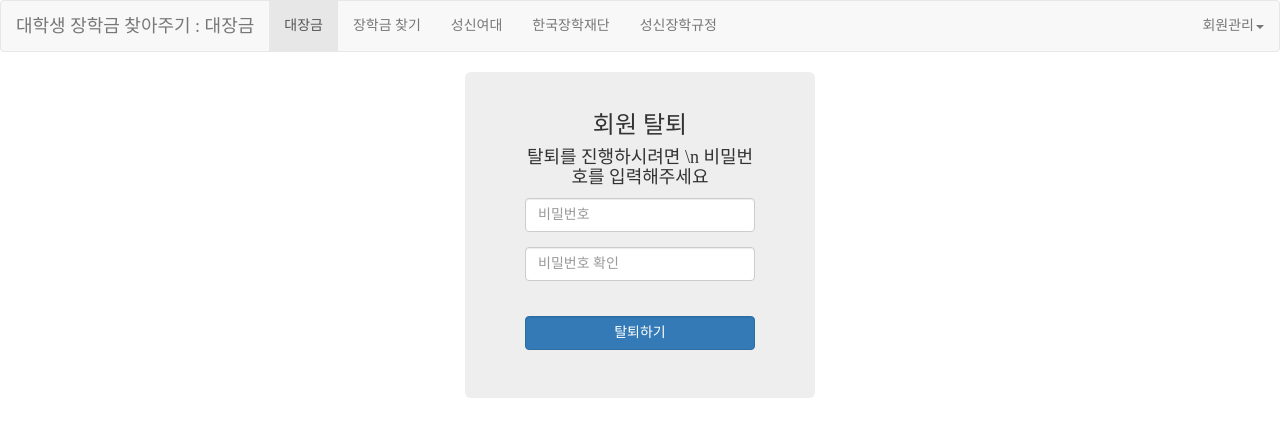
Repository: jiwon-214/DJG
Page: http://localhost/DJG/withdraw.jsp
These files come from the project's save history. The page is drawn as it stood at one moment and after the next save; the edit follows.
The browser window is 1280 px wide. The pictures show the whole page.
Some web fonts or font styles are not loaded; a fallback is used. Some web libraries are served in a nearby version. The page is served by Tomcat 9. Other server files are loaded and not shown. Queries for data that is not in the repository find no rows.

Above is the page before, as saved 2022-01-10 21:18:02.

### DJG/WebContent/withdraw.jsp
<%@page import="user.UserDAO"%>
<%@page import="user.User"%>
<%@ page language="java" contentType="text/html; charset=UTF-8"
    pageEncoding="UTF-8"%>
<%@ page import="java.io.PrintWriter" %>
<%@ page import="java.sql.*" %>
<!DOCTYPE html>
<html>
<head>
<meta charset="UTF-8">
<meta name = "viewport" content = "width=divice-width", initial-scale = "1">
<link rel = "stylesheet" href = "css/bootstrap.css">
<link rel = "stylesheet" href = "css/custom.css">
<title>대장금</title>
</head>
<body>
	<%
		//로그인 된 사람 정보 담을 수 있도록
		String userID = null;
		if (session.getAttribute("userID") != null) {
			userID = (String) session.getAttribute("userID");
		} //로그인되면 userID에 해당 이이디가 담기고 로그인 안되면 null
	%>
	<nav class ="navbar navbar-default">
		<div class = "navbar-header">
			<button type = "button" class = "navbar-toggle collapsed"
				data-toggle = "collapse" data-target = "#bs-example-navbar-collapse-1"
				aria-expanded="false">
				<span class = "icon-bar"></span>
				<span class = "icon-bar"></span>
				<span class = "icon-bar"></span>
			</button>
			<a class="navbar-brand" href = "main.jsp">대학생 장학금 찾아주기 : 대장금</a>
		</div>
		<div class="collapse navbar-collapse" id="bs-example-navbar-collapse-1">
			<ul class = "nav navbar-nav">
				<li class="active"><a href="main.jsp">대장금</a></li>
				<li><a href="djg.jsp">장학금 찾기</a></li>
				<li><a href="https://portal.sungshin.ac.kr/sso/login.jsp">성신여대</a></li>
				<li><a href="http://www.kosaf.go.kr/">한국장학재단</a></li>
				<li><a href="https://rule.sungshin.ac.kr/service/law/lawView.do?seq=95&historySeq=0&gubun=cur&tree=part">성신장학규정</a></li>
			</ul>
			<ul class="nav navbar-nav navbar-right">
			<li class="dropdown">
				<a href="#" class="dropdown-toggle"
					data-toggle="dropdown" role="button" aria-haspopup="true"
					aria-expanded="false">회원관리<span class="caret"></span></a>
				<ul class="dropdown-menu">
					<li><a href = "info.jsp">정보 확인</a></li>
					<li><a href = "modification.jsp">정보 수정</a></li>
					<li><a href = "logoutAction.jsp">로그아웃 </a></li>
				</ul>
			</li>
			</ul>
		</div>
	</nav>
	<div class="container">
      <div class="col-lg-4"></div>
      <div class="col-lg-4">
         <div class="jumbotron" style="padding-top:20px;">
            <form method="post" action="withdrawAction.jsp">
				<h3 style = "text-align:center;">회원 탈퇴</h3>
				<h4 style = "text-align:center;">탈퇴를 진행하시려면 \n 비밀번호를 입력해주세요</h3>
				<%
				UserDAO userDAO = new UserDAO();
				User user = new User();
				user = userDAO.djg(userID);
				%>
               <div class="form-group">
                  <input type="password" class="form-control" placeholder="비밀번호" name="userPassword" id="userPassword" maxlength="20" onchange="password()">
               </div>
               <div class="form-group">
                  <input type="password" class="form-control" placeholder="비밀번호 확인" name="userPassword" id="userPassword_again" maxlength="20" onchange="password()">
               	  &nbsp;
               <span id="check"></span>
               </div>
               <input type="submit" class="btn btn-primary form-control" value="탈퇴하기">
            </form>
         </div>
      </div>
      <div class="col-lg-4"></div>
   </div>
		<div class="col-lg-4"></div>
	</div>
	<script>
	function password() {
    	var pw = document.getElementById('userPassword').value;
    	var pw2 = document.getElementById('userPassword_again').value;

    	if(pw != pw2) {
    		document.getElementById('check').innerHTML = '비밀번호가 일치하지 않습니다.';
    		document.getElementById('check').style.color = 'red';
    	} else {
    		document.getElementById('check').innerHTML = '비밀번호가 일치합니다.';
    		document.getElementById('check').style.color = 'blue';
    	}
    }
	</script>
	<script src = "https://code.jquery.com/jquery-3.1.1.min.js"></script>
	<script src = "js/bootstrap.js"></script>
</body>
</html>

### DJG/src/user/UserDAO.java
package user;

import java.sql.Connection;
import java.sql.DriverManager;
import java.sql.PreparedStatement;
import java.sql.ResultSet;
import java.sql.SQLException;

public class UserDAO {
	private Connection conn;
	private PreparedStatement pstmt;
	private ResultSet rs;

	public UserDAO() { //실제로 MySQL에 접속해주는 부분
		try {
			String dbURL = "jdbc:mysql://localhost:3306/DJG?characterEncoding=UTF-8&serverTimezone=UTC";
			String dbID = "root";
			String dbPassword = "twins5302";
			Class.forName("com.mysql.cj.jdbc.Driver");
			conn = DriverManager.getConnection(dbURL, dbID, dbPassword);
		} catch (Exception e) {
			e.printStackTrace();
		}
	}
	//로그인 시도해주는 함수
	public int login(String userID, String userPassword) {
		String SQL = "SELECT userPassword FROM USER WHERE userID = ?"; //명령을 사용해서 가져온다
		try {
			pstmt = conn.prepareStatement(SQL);//SQL 문장을 데이터베이스에 삽입하는
			pstmt.setString(1, userID); //중요, SQL 해킹 기법 방어하기 위한 수단으로 preapredStatement 사용하는데 하나의 문장 준비해놓고 ? 넣어놓고 ?에 해당하는 내용으로 userID를 넣어줌. 실제 데이터베이스에는 사용자 아이디 입력받아서 실제로 존재하는지 존재한다면 비밀번호가 뭔지 가져오도록 하는 것
			rs = pstmt.executeQuery();
			if (rs.next()) { //결과 존재하면
				if(rs.getString(1).equals(userPassword))  //결과가 동일하다면(비밀번호랑 접속시도한 비밀번호 일치하면)
					return 1; //로그인 성공
				else
					return 0; //비밀번호 불일치
			}
			rs.close();
			return -1; //아이디가 없다
		} catch(Exception e) {
			e.printStackTrace();
		}
		return -2; //데이터베이스 오류
	}

	public int join(User user) {
		String SQL = "INSERT INTO USER VALUES (?, ?, ?, ?, ?, ?, ?, ?, ?, ?, ?, ?, ?)";
		try {
			pstmt = conn.prepareStatement(SQL);
			pstmt.setString(1, user.getUserID());;
			pstmt.setString(2, user.getUserPassword());
			pstmt.setString(3, user.getUserName());
			pstmt.setString(4, user.getUserEmail());
			pstmt.setString(5, user.getUserMajor());
			pstmt.setString(6, user.getUserYear());
			pstmt.setString(7, user.getUserGrade());
			pstmt.setString(8, user.getUserLgrade());
			pstmt.setString(9, user.getUserMchild());
			pstmt.setString(10, user.getUserIncome());
			pstmt.setString(11, user.getUserVol());
			pstmt.setString(12, user.getUserMentor());
			pstmt.setString(13, user.getUserExam());
			return pstmt.executeUpdate();
		} catch(Exception e) {
			e.printStackTrace();
		}
		return -1; //데이터베이스 오류
	}

	public User djg(String userID) throws SQLException {
		String SQL = "SELECT * FROM USER WHERE userID = ?";
		User user = null;
		try {
			pstmt = conn.prepareStatement(SQL);
			pstmt.setString(1, userID);
			rs = pstmt.executeQuery();
			if(rs.next()) {
				 user = new User();
				 user.setUserID(rs.getString("userID"));
				 user.setUserPassword(rs.getString("userPassword"));
		         user.setUserName(rs.getString("userName"));
		         user.setUserEmail(rs.getString("userEmail"));
		         user.setUserYear(rs.getString("userYear"));
		         user.setUserGrade(rs.getString("userGrade"));
		         user.setUserLgrade(rs.getString("userLgrade"));
		         user.setUserMchild(rs.getString("userMchild"));
		         user.setUserIncome(rs.getString("userIncome"));
		         user.setUserVol(rs.getString("userVol"));
		         user.setUserMentor(rs.getString("userMentor"));
		         user.setUserExam(rs.getString("userExam"));
			}
		} catch(Exception e) {
			e.printStackTrace();
		} finally{
			   if(rs!=null)	try{rs.close();}catch(SQLException ex){}
			   if(pstmt!=null)	try{pstmt.close();}catch(SQLException ex){}
			   if(conn!=null)	try{conn.close();}catch(SQLException ex){}
			  }
		return user;
	}


	public boolean modification(User user) throws SQLException {
		boolean b = false;
		String SQL = "UPDATE USER SET userPassword = ?, userMajor = ?, userYear = ?, userGrade = ?, userLgrade = ?, userMchild = ?, userIncome = ?, userVol = ?, userMentor = ?, userExam = ? WHERE userID = ?";
		try {
			pstmt = conn.prepareStatement(SQL);
			pstmt.setString(1, user.getUserPassword());
			pstmt.setString(2, user.getUserMajor());
			pstmt.setString(3, user.getUserYear());
			pstmt.setString(4, user.getUserGrade());
			pstmt.setString(5, user.getUserLgrade());
			pstmt.setString(6, user.getUserMchild());
			pstmt.setString(7, user.getUserIncome());
			pstmt.setString(8, user.getUserVol());
			pstmt.setString(9, user.getUserMentor());
			pstmt.setString(10, user.getUserExam());
			pstmt.setString(11, user.getUserID());
			if(pstmt.executeUpdate() > 0)
				b = true;
		} catch(Exception e) {
			e.printStackTrace();
		} finally{
			   if(rs!=null)	try{rs.close();}catch(SQLException ex){}
			   if(pstmt!=null)	try{pstmt.close();}catch(SQLException ex){}
			   if(conn!=null)	try{conn.close();}catch(SQLException ex){}
			  }
		return b;
	}

	public String findid(String userName, String userEmail) {
		String SQL = "SELECT userID FROM USER WHERE userName = ? AND userEmail = ?"; //명령을 사용해서 가져온다
		String userID = null;
		try {
			pstmt = conn.prepareStatement(SQL);//SQL 문장을 데이터베이스에 삽입하는
			pstmt.setString(1, userName); //중요, SQL 해킹 기법 방어하기 위한 수단으로 preapredStatement 사용하는데 하나의 문장 준비해놓고 ? 넣어놓고 ?에 해당하는 내용으로 userID를 넣어줌. 실제 데이터베이스에는 사용자 아이디 입력받아서 실제로 존재하는지 존재한다면 비밀번호가 뭔지 가져오도록 하는 것
			pstmt.setString(2, userEmail);
			rs = pstmt.executeQuery();
			if (rs.next()) { //결과 존재하면
				userID = rs.getString("userID");
			}
			else {
				userID = null;
			}
		} catch(Exception e) {
			e.printStackTrace();
		}
		return userID;
	}

	public String findpw(String userID, String userName, String userEmail) {
		String SQL = "SELECT userPassword FROM USER WHERE userID = ? AND userName = ? AND userEmail = ?"; //명령을 사용해서 가져온다
		String userPassword = null;
		try {
			pstmt = conn.prepareStatement(SQL);//SQL 문장을 데이터베이스에 삽입하는
			pstmt.setString(1, userID); //중요, SQL 해킹 기법 방어하기 위한 수단으로 preapredStatement 사용하는데 하나의 문장 준비해놓고 ? 넣어놓고 ?에 해당하는 내용으로 userID를 넣어줌. 실제 데이터베이스에는 사용자 아이디 입력받아서 실제로 존재하는지 존재한다면 비밀번호가 뭔지 가져오도록 하는 것
			pstmt.setString(2, userName);
			pstmt.setString(3, userEmail);
			rs = pstmt.executeQuery();
			if (rs.next()) { //결과 존재하면
				userPassword = rs.getString("userPassword");
			}
			else {
				userPassword = null;
			}
		} catch(Exception e) {
			e.printStackTrace();
		}
		return userPassword;
	}
}

### DJG/src/user/User.java
package user;

public class User {
	private String userID;
	private String userPassword;
	private String userName;
	private String userEmail;
	private String userMajor;
	private String userYear;
	private String userGrade;
	private String userLgrade;
	private String userMchild;
	private String userIncome;
	private String userVol;
	private String userMentor;
	private String userExam;

	public String getUserID() {
		return userID;
	}
	public void setUserID(String userID) {
		this.userID = userID;
	}
	public String getUserPassword() {
		return userPassword;
	}
	public void setUserPassword(String userPassword) {
		this.userPassword = userPassword;
	}
	public String getUserName() {
		return userName;
	}
	public void setUserName(String userName) {
		this.userName = userName;
	}
	public String getUserEmail() {
		return userEmail;
	}
	public void setUserEmail(String userEmail) {
		this.userEmail = userEmail;
	}
	public String getUserMajor() {
		return userMajor;
	}
	public void setUserMajor(String userMajor) {
		this.userMajor = userMajor;
	}
	public String getUserYear() {
		return userYear;
	}
	public void setUserYear(String userYear) {
		this.userYear = userYear;
	}
	public String getUserGrade() {
		return userGrade;
	}
	public void setUserGrade(String userGrade) {
		this.userGrade = userGrade;
	}
	public String getUserLgrade() {
		return userLgrade;
	}
	public void setUserLgrade(String userLgrade) {
		this.userLgrade = userLgrade;
	}
	public String getUserMchild() {
		return userMchild;
	}
	public void setUserMchild(String userMchild) {
		this.userMchild = userMchild;
	}
	public String getUserIncome() {
		return userIncome;
	}
	public void setUserIncome(String userIncome) {
		this.userIncome = userIncome;
	}
	public String getUserVol() {
		return userVol;
	}
	public void setUserVol(String userVol) {
		this.userVol = userVol;
	}
	public String getUserMentor() {
		return userMentor;
	}
	public void setUserMentor(String userMentor) {
		this.userMentor = userMentor;
	}
	public String getUserExam() {
		return userExam;
	}
	public void setUserExam(String userExam) {
		this.userExam = userExam;
	}


}

### DJG/WebContent/css/custom.css
@import url(http://fonts.googleapis.com/earlyaccess/nanumgothic.css);
@import url(http://fonts.googleapis.com/earlyaccess/hanna.css);
* {
	font-family : 'Nanum Gothic';
}
h1 {
	font-famaily : 'Hanna';
}

Loaded but not shown: DJG/WebContent/css/bootstrap.css (library); DJG/WebContent/js/bootstrap.js (library)

After the next save:
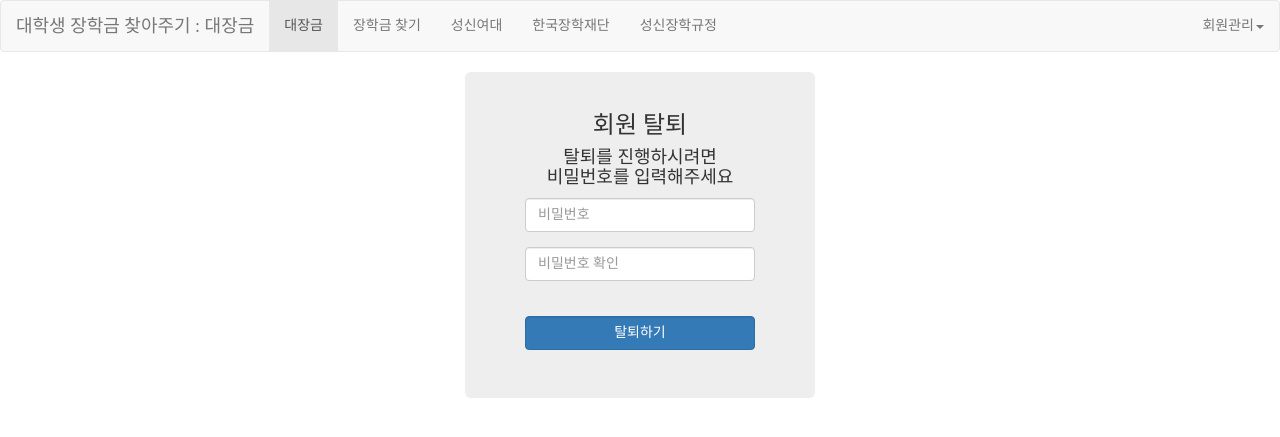
Saved 33 s later.
--- a/DJG/WebContent/withdraw.jsp
+++ b/DJG/WebContent/withdraw.jsp
@@ -60,7 +60,7 @@
          <div class="jumbotron" style="padding-top:20px;">
             <form method="post" action="withdrawAction.jsp">
 				<h3 style = "text-align:center;">회원 탈퇴</h3>
-				<h4 style = "text-align:center;">탈퇴를 진행하시려면 \n 비밀번호를 입력해주세요</h3>
+				<h4 style = "text-align:center;">탈퇴를 진행하시려면 <br> 비밀번호를 입력해주세요</h3>
 				<%
 				UserDAO userDAO = new UserDAO();
 				User user = new User();
